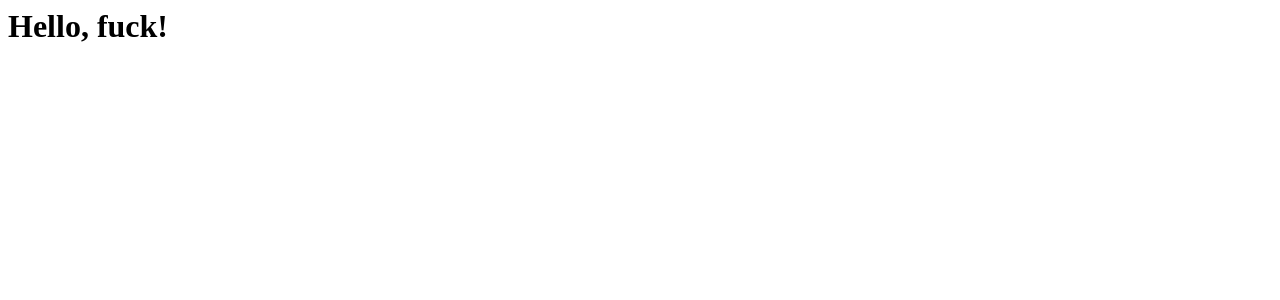
Repository: khanhdk0000/first_proj
Page: http://localhost/about?my_var=ecommerce
The author's editor kept a copy of each file at every save. The page is drawn from the files as they stood at one save, then again after the next save.
The browser window is 1280 px wide. The pictures show the whole page.
The page is served by the project's application, run on Flask 3 (flaskblog.py).

Above is the page before, as saved 2021-05-24 18:29:34.

After the next save:
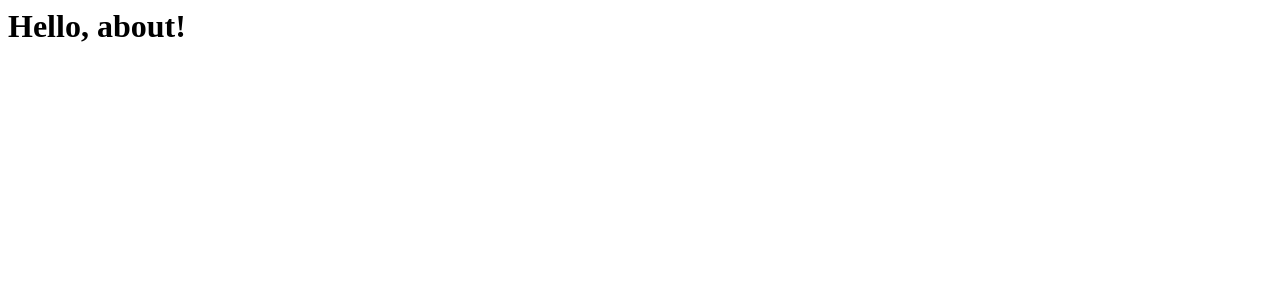
Saved 6 s later.
--- a/flaskblog.py
+++ b/flaskblog.py
@@ -7,7 +7,7 @@ def hello_world():
 
 @app.route('/about')
 def about():
-    return '<h1>Hello, fuck!</h1>'
+    return '<h1>Hello, about!</h1>'
 
 if __name__ == '__main__':
     app.run(debug=True)
